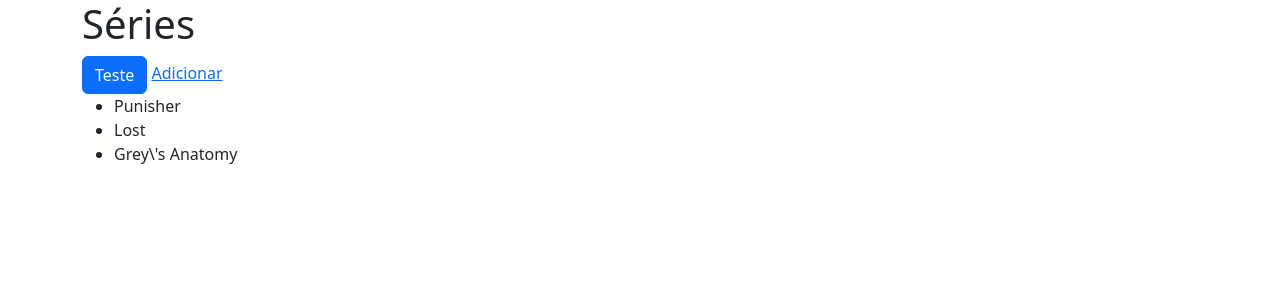
Repository: joaoDelaGracia/laravelTeste
Page: http://localhost/series
The author's editor kept a copy of each file at every save. The page is drawn from the files as they stood at one save, then again after the next save.
The browser window is 1280 px wide. The pictures show the whole page.
The page is served by the project's Laravel application, run on PHP 8.4 with Laravel 12. Style sheets and scripts are compiled from the project's sources, by tool versions that may differ from the author's.

Above is the page before, as saved 2025-05-26 12:59:19.

After the next save:
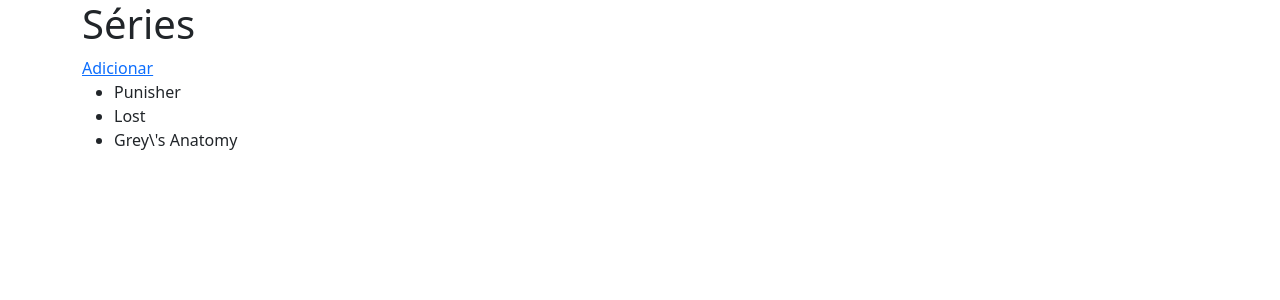
Saved 32 s later.
--- a/resources/views/components/layout.blade.php
+++ b/resources/views/components/layout.blade.php
@@ -9,7 +9,6 @@
 <body>
     <div class="container">
         <h1 class="">{{ $title }} </h1>
-        <button class="btn btn-primary">Teste</button>
         {{ $slot }}
     </div>
 </body>
